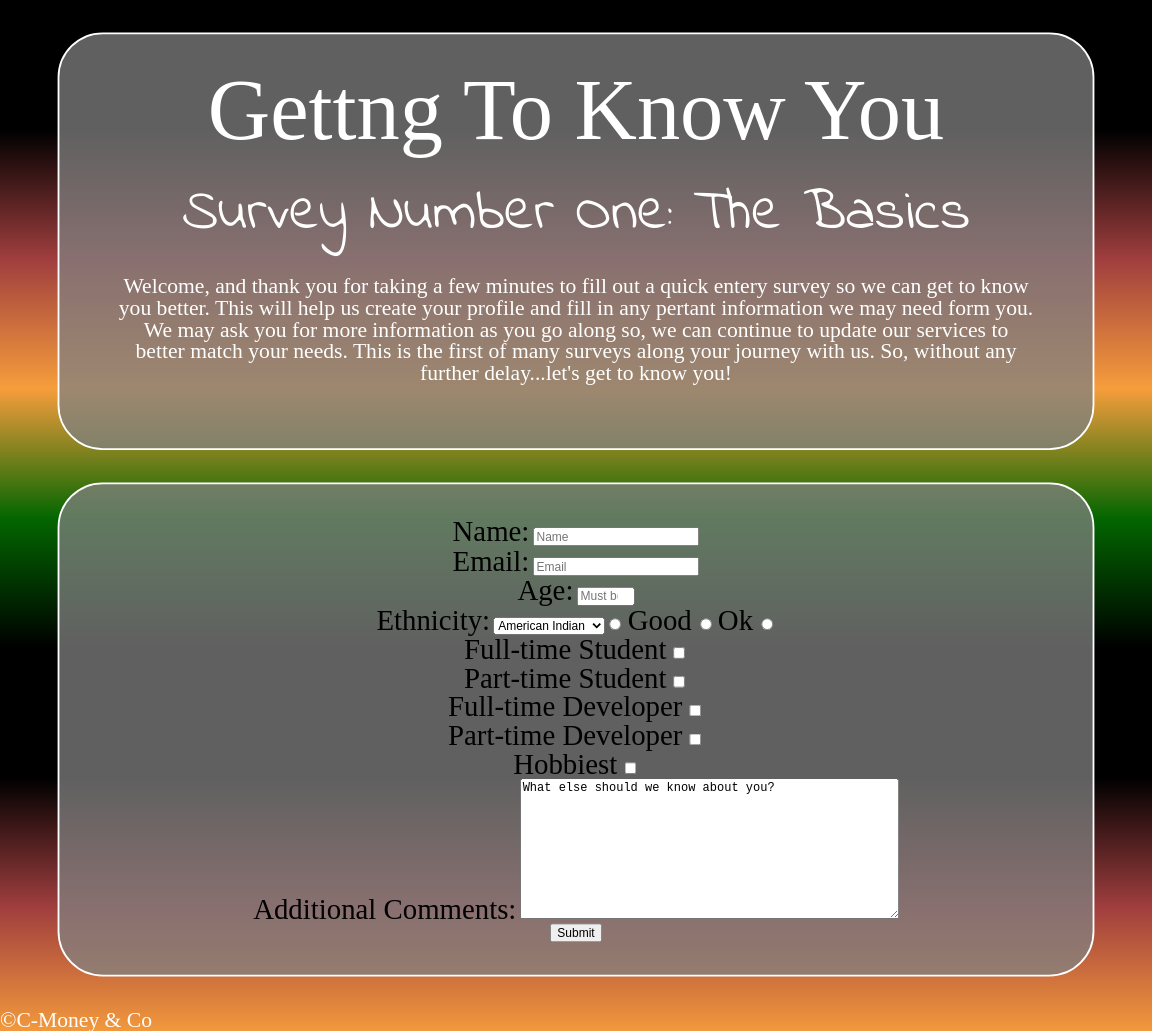
Repository: ctcoleman/surveyForm
Page: index.html
The author's editor kept a copy of each file at every save. The page is drawn from the files as they stood at one save, then again after a run of saves.
The browser window is 1280 px wide. The pictures show the whole page, at 90% of full size.
Some web fonts or font styles are not loaded; a fallback is used.

Above is the page before, as saved 2020-06-29 11:12:41.

### index.html
<!DOCTYPE html>
<html lang="en">

<!-- Head -->

<head>
  <meta name="description" content="Survey Form Example Project">
  <meta name="author" content="Christopher Coleman">
  <meta name="title" content="Survey Form Project">
  <meta name="keywords" content="Survey, Forms, HTML, CSS, Example, Project" <meta name="viewport"
    content="width=device-width, initial-scale=1.0">
  <meta charset="UTF-8">
  <link rel="stylesheet" type="text/css" href="/assets/stylesheets/index.css">
  <link
    href="https://fonts.googleapis.com/css2?family=Holtwood+One+SC&family=Indie+Flower&family=Shadows+Into+Light&display=swap"
    rel="stylesheet">
  <title>.:Getting to know you:.</title>
</head>

<!-- Body -->

<body>


  <!-- Main Content-->
  <main id="main">

    <!-- Header -->
    <header id="titleHeading" class="heading">
      <h1 id="title">Gettng To Know You</h1>
      <h2>Survey Number One: The Basics</h2>
      <section class="descriptionSection">
        <p id="description">Welcome, and thank you for taking a few minutes to fill out a quick entery survey so we can
          get to know you better. This will help us create your profile and fill in any pertant information we may need
          form you. We may ask you for more information as you go along so, we can continue to update our services to
          better match your needs. This is the first of many surveys along your journey with us. So, without any further
          delay...let's get to know you!</p>
      </section>
    </header>

    <!-- Survey Form -->
    <form id="surveyForm" class="formWrapper" action="#" method="post">
      <!-- Name -->
      <div class="formEntery nameEntery">
        <label id="name-label" for="name">Name:</label>
        <input type="text" id="name" name="user_name" placeholder="Name" required>
      </div>
      <!-- E-Mail -->
      <div class="formEntery emailEntery">
        <label id="email-label" for="email">Email:</label>
        <input type="email" id="email" name="user_email" placeholder="Email" required>
      </div>
      <!-- Number -->
      <div class="formEntery numberEntery">
        <label id="number-label" for="number">Age:</label>
        <input type="number" id="number" placeholder="Must be older than 18" min="18" max="150">
      </div>
      <!-- Dropdown -->
      <div id="dropDownEntery" class="formEntery">
        <label for="dropdown-label">Ethnicity:</label>
        <select type="dropdown" id="dropdown" placeholder="Select from the following" required>
          <option value="americanIndian">American Indian</option>
          <option value="asian">Asian</option>
          <option value="africanAmerican">African American</option>
          <option value="hispanic">Hispanic</option>
          <option value="pacificIslander">Pacific Islander</option>
          <option value="white">White</option>
      </div>
      <!-- Radio Buttons -->
      <div id="radioButtons" class="formEntery radioButtons">

        <label for="radioGreat">Great</label>
        <input class="radio" type="radio" id="radioGreat" name="radio" value="Great">

        <label for="radioGood">Good</label>
        <input class="radio" type="radio" id="radioGood" name="radio" value="Good">

        <label for="radioOk">Ok</label>
        <input class="radio" type="radio" id="radioOk" name="radio" value="Ok">

      </div>

      <div id="checkboxInputs" class="formEntery checkbox">
        <div id="fullTimeStudentCheck">
          <label for="fullTimeStudent">Full-time Student</label>
          <input type="checkbox" id="fullTimeStudent" name="Full-time Student" value="Full-time Student">
        </div>
        <div id="partTimeStudentCheck">
          <label for="partTimeStudent">Part-time Student</label>
          <input type="checkbox" id="partTimeStudent" name="Part-time Student" value="Part-time Student">
        </div>
        <div id="fullTimeDeveloperCheck">
          <label for="fullTimeDev">Full-time Developer</label>
          <input type="checkbox" id="fullTimeDev" name="Full-time Developer" value="Full-time Developer">
        </div>
        <div id="partTimeDeveloperCheck">
          <label for="partTimeDev">Part-time Developer</label>
          <input type="checkbox" id="partTimeDev" name="Part-time Developer" value="Part-time Developer">
        </div>
        <div id="hobbiestCheckbox">
          <label for="hobbiest">Hobbiest</label>
          <input type="checkbox" id="hobbiest" name="Hobbiest" value="hobbiest">
        </div>
      </div>
      <div id="textarea">
        <label for="additionalComments">Additional Comments:</label>
        <textarea id="additionalComments" name="additionalComments" rows="10"
          cols="50">What else should we know about you? </textarea>
      </div>

      <button type="submit" id="submit" form="surveyForm" value="Submit">Submit</button>
    </form>


    <!-- Footer -->
    <footer>
      <p>&copy;C-Money & Co</p>
    </footer>
  </main>

  <script src='https://cdn.freecodecamp.org/testable-projects-fcc/v1/bundle.js'></script>
</body>

</html>

### assets/stylesheets/index.css

/*
=== CSS Reset ===
  http://meyerweb.com/eric/tools/css/reset/ ]
  v2.0 | 20110126
  License: none (public domain)
*/

html, body, div, span, applet, object, iframe,
h1, h2, h3, h4, h5, h6, p, blockquote, pre,
a, abbr, acronym, address, big, cite, code,
del, dfn, em, img, ins, kbd, q, s, samp,
small, strike, strong, sub, sup, tt, var,
b, u, i, center,
dl, dt, dd, ol, ul, li,
fieldset, form, label, legend,
table, caption, tbody, tfoot, thead, tr, th, td,
article, aside, canvas, details, embed,
figure, figcaption, footer, header, hgroup,
menu, nav, output, ruby, section, summary,
time, mark, audio, video {
	margin: 0;
	padding: 0;
	border: 0;
	font-size: 62.5%;
	font: inherit;
  vertical-align: baseline;
  box-sizing: border-box;
}
/* HTML5 display-role reset for older browsers */
article, aside, details, figcaption, figure,
footer, header, hgroup, menu, nav, section {
	display: block;
}
body {
	line-height: 1;
}
ol, ul {
	list-style: none;
}
a {
  text-decoration: none;
}
blockquote, q {
	quotes: none;
}
blockquote:before, blockquote:after,
q:before, q:after {
	content: '';
	content: none;
}
table {
	border-collapse: collapse;
	border-spacing: 0;
}
/*
=== Fonts Used ===
font-family: 'Holtwood One SC', serif;
font-family: 'Indie Flower', cursive;
font-family: 'Shadows Into Light', cursive;
/*

=== Basic Styling ===
*/
html {
  background-image: linear-gradient( #000000 20%, #a03e3e 40%, #f69d3c 60%, #036600 80%, #000000 100%);
  height: 100%;
 }

h1 {
  color: white;
  font-family: 'Holtwood One SC', serif;
  font-size: 6rem;
}

h2 {
  color: white;
  font-family: 'Indie Flower', cursive;
  font-size: 4rem;
}

p {
  color: white;
  font-size: 1.5rem;
}

/*
=== Header Styleing ===
*/

header {
  background: rgba(128, 128, 128, 0.75);
  padding: 5vh 5vw;
  margin: 5vh 5vw;
  text-align: center;
  border: 2px solid white;
  border-radius: 50px;
}
#title {
  margin-bottom: 5vh;
}
#description {
  margin: 5vh 0;
}

/*
=== Basic Form Styling ===
*/

#surveyForm {
  background: rgba(128, 128, 128, 0.75);
  padding: 5vh 5vw;
  margin: 5vh 5vw;
  text-align: center;
  border: 2px solid white;
  border-radius: 50px;
  display: flex;
  flex-direction: column;
  align-items: center;
}
#surveyForm label {
  font-size: 2rem;
}
#surveyForm

/*
=== Name Styling ===
*/
#nameEntery {
  font-family: 'Shadows Into Light', cursive;
}
/*
=== Email Styling ===
*/

/*
=== Age Styling ===
*/

/*
=== Radio Button Styling ===
*/

/*
=== Checkbox Styling ===
*/

/*
=== Textarea Styling ===
*/

/*
=== Submit Button Styling ===
*/

After the next 2 saves:
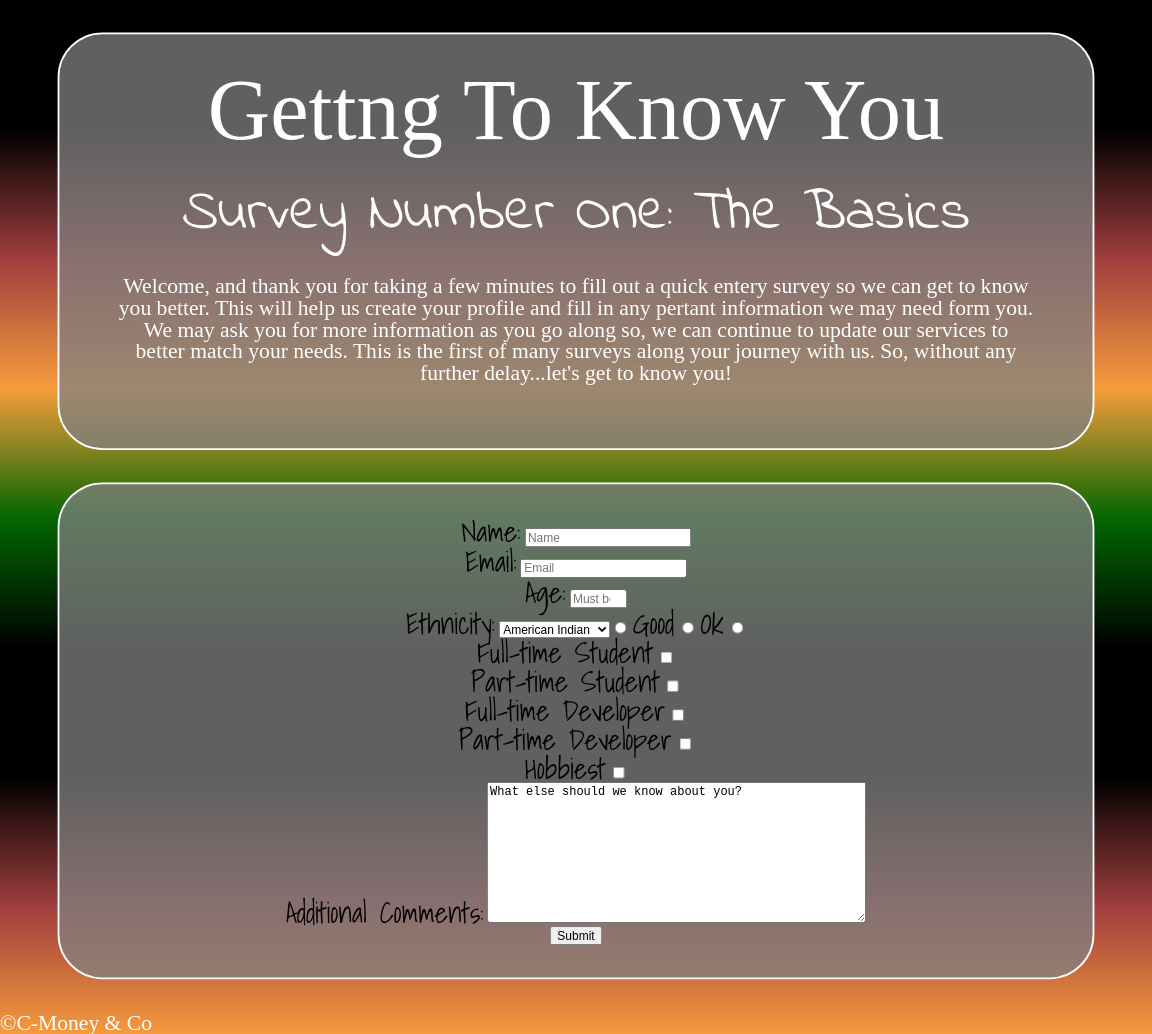
The 2 saves are shown as one change because they came seconds apart.
The last was saved 13 s later.
--- a/assets/stylesheets/index.css
+++ b/assets/stylesheets/index.css
@@ -120,6 +120,7 @@ header {
 }
 #surveyForm label {
   font-size: 2rem;
+  font-family: 'Shadows Into Light', cursive;
 }
 #surveyForm
 
@@ -127,7 +128,7 @@ header {
 === Name Styling ===
 */
 #nameEntery {
-  font-family: 'Shadows Into Light', cursive;
+
 }
 /*
 === Email Styling ===
